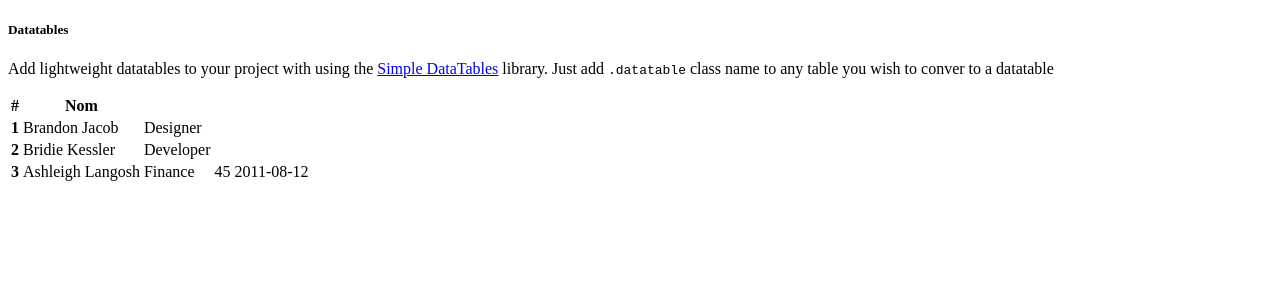
Repository: antsamadagascar/HR-Recruitment
Page: http://localhost/semestre5/application/views/table/annonces_tables.php
The author's editor kept a copy of each file at every save. The page is drawn from the files as they stood at one save, then again after the next save.
The browser window is 1280 px wide. The pictures show the whole page.
The page is run by PHP 8.4 with error messages shown; the project is at /var/www/html/. application/core/MY_Config.php is not in the repository; a stand-in opens the database connection.

Above is the page before, as saved 2024-11-13 16:47:22.

### application/views/table/annonces_tables.php
<!DOCTYPE html>
<html lang="en">

<head>
  <meta charset="utf-8">
  <meta content="width=device-width, initial-scale=1.0" name="viewport">
  <link href="assets/css/style.css" rel="stylesheet">
</head>

<body>
<section class="section">
      <div class="row">
        <div class="col-lg-12">

          <div class="card">
            <div class="card-body">
              <h5 class="card-title">Datatables</h5>
              <p>Add lightweight datatables to your project with using the <a href="https://github.com/fiduswriter/Simple-DataTables" target="_blank">Simple DataTables</a> library. Just add <code>.datatable</code> class name to any table you wish to conver to a datatable</p>

              <!-- Table with stripped rows -->
              <table class="table datatable">
                <thead>
                  <tr>
                    <th scope="col">#</th>
                    <th scope="col">Nom</th>
                    <th scope="col"></th>
                  </tr>
                </thead>
                <tbody>
                  <tr>
                    <th scope="row">1</th>
                    <td>Brandon Jacob</td>
                    <td>Designer</td>
                  </tr>
                  <tr>
                    <th scope="row">2</th>
                    <td>Bridie Kessler</td>
                    <td>Developer</td>
                  </tr>
                  <tr>
                    <th scope="row">3</th>
                    <td>Ashleigh Langosh</td>
                    <td>Finance</td>
                    <td>45</td>
                    <td>2011-08-12</td>
                  </tr>
                </tbody>
              </table>
              <!-- End Table with stripped rows -->

            </div>
          </div>

        </div>
      </div>
    </section>
</body>

</html>

### index.php
<?php
/**
 * CodeIgniter
 *
 * An open source application development framework for PHP
 *
 * This content is released under the MIT License (MIT)
 *
 * Copyright (c) 2014 - 2016, British Columbia Institute of Technology
 *
 * Permission is hereby granted, free of charge, to any person obtaining a copy
 * of this software and associated documentation files (the "Software"), to deal
 * in the Software without restriction, including without limitation the rights
 * to use, copy, modify, merge, publish, distribute, sublicense, and/or sell
 * copies of the Software, and to permit persons to whom the Software is
 * furnished to do so, subject to the following conditions:
 *
 * The above copyright notice and this permission notice shall be included in
 * all copies or substantial portions of the Software.
 *
 * THE SOFTWARE IS PROVIDED "AS IS", WITHOUT WARRANTY OF ANY KIND, EXPRESS OR
 * IMPLIED, INCLUDING BUT NOT LIMITED TO THE WARRANTIES OF MERCHANTABILITY,
 * FITNESS FOR A PARTICULAR PURPOSE AND NONINFRINGEMENT. IN NO EVENT SHALL THE
 * AUTHORS OR COPYRIGHT HOLDERS BE LIABLE FOR ANY CLAIM, DAMAGES OR OTHER
 * LIABILITY, WHETHER IN AN ACTION OF CONTRACT, TORT OR OTHERWISE, ARISING FROM,
 * OUT OF OR IN CONNECTION WITH THE SOFTWARE OR THE USE OR OTHER DEALINGS IN
 * THE SOFTWARE.
 *
 * @package	CodeIgniter
 * @author	EllisLab Dev Team
 * @copyright	Copyright (c) 2008 - 2014, EllisLab, Inc. (https://ellislab.com/)
 * @copyright	Copyright (c) 2014 - 2016, British Columbia Institute of Technology (http://bcit.ca/)
 * @license	http://opensource.org/licenses/MIT	MIT License
 * @link	https://codeigniter.com
 * @since	Version 1.0.0
 * @filesource
 */

/*
 *---------------------------------------------------------------
 * APPLICATION ENVIRONMENT
 *---------------------------------------------------------------
 *
 * You can load different configurations depending on your
 * current environment. Setting the environment also influences
 * things like logging and error reporting.
 *
 * This can be set to anything, but default usage is:
 *
 *     development
 *     testing
 *     production
 *
 * NOTE: If you change these, also change the error_reporting() code below
 */
	define('ENVIRONMENT', isset($_SERVER['CI_ENV']) ? $_SERVER['CI_ENV'] : 'development');

/*
 *---------------------------------------------------------------
 * ERROR REPORTING
 *---------------------------------------------------------------
 *
 * Different environments will require different levels of error reporting.
 * By default development will show errors but testing and live will hide them.
 */
switch (ENVIRONMENT)
{
	case 'development':
		error_reporting(-1);
		ini_set('display_errors', 1);
	break;

	case 'testing':
	case 'production':
		ini_set('display_errors', 0);
		if (version_compare(PHP_VERSION, '5.3', '>='))
		{
			error_reporting(E_ALL & ~E_NOTICE & ~E_DEPRECATED & ~E_STRICT & ~E_USER_NOTICE & ~E_USER_DEPRECATED);
		}
		else
		{
			error_reporting(E_ALL & ~E_NOTICE & ~E_STRICT & ~E_USER_NOTICE);
		}
	break;

	default:
		header('HTTP/1.1 503 Service Unavailable.', TRUE, 503);
		echo 'The application environment is not set correctly.';
		exit(1); // EXIT_ERROR
}

/*
 *---------------------------------------------------------------
 * SYSTEM DIRECTORY NAME
 *---------------------------------------------------------------
 *
 * This variable must contain the name of your "system" directory.
 * Set the path if it is not in the same directory as this file.
 */
	$system_path = 'system';

/*
 *---------------------------------------------------------------
 * APPLICATION DIRECTORY NAME
 *---------------------------------------------------------------
 *
 * If you want this front controller to use a different "application"
 * directory than the default one you can set its name here. The directory
 * can also be renamed or relocated anywhere on your server. If you do,
 * use an absolute (full) server path.
 * For more info please see the user guide:
 *
 * https://codeigniter.com/user_guide/general/managing_apps.html
 *
 * NO TRAILING SLASH!
 */
	$application_folder = 'application';

/*
 *---------------------------------------------------------------
 * VIEW DIRECTORY NAME
 *---------------------------------------------------------------
 *
 * If you want to move the view directory out of the application
 * directory, set the path to it here. The directory can be renamed
 * and relocated anywhere on your server. If blank, it will default
 * to the standard location inside your application directory.
 * If you do move this, use an absolute (full) server path.
 *
 * NO TRAILING SLASH!
 */
	$view_folder = '';


/*
 * --------------------------------------------------------------------
 * DEFAULT CONTROLLER
 * --------------------------------------------------------------------
 *
 * Normally you will set your default controller in the routes.php file.
 * You can, however, force a custom routing by hard-coding a
 * specific controller class/function here. For most applications, you
 * WILL NOT set your routing here, but it's an option for those
 * special instances where you might want to override the standard
 * routing in a specific front controller that shares a common CI installation.
 *
 * IMPORTANT: If you set the routing here, NO OTHER controller will be
 * callable. In essence, this preference limits your application to ONE
 * specific controller. Leave the function name blank if you need
 * to call functions dynamically via the URI.
 *
 * Un-comment the $routing array below to use this feature
 */
	// The directory name, relative to the "controllers" directory.  Leave blank
	// if your controller is not in a sub-directory within the "controllers" one
	// $routing['directory'] = '';

	// The controller class file name.  Example:  mycontroller
	// $routing['controller'] = '';

	// The controller function you wish to be called.
	// $routing['function']	= '';


/*
 * -------------------------------------------------------------------
 *  CUSTOM CONFIG VALUES
 * -------------------------------------------------------------------
 *
 * The $assign_to_config array below will be passed dynamically to the
 * config class when initialized. This allows you to set custom config
 * items or override any default config values found in the config.php file.
 * This can be handy as it permits you to share one application between
 * multiple front controller files, with each file containing different
 * config values.
 *
 * Un-comment the $assign_to_config array below to use this feature
 */
	// $assign_to_config['name_of_config_item'] = 'value of config item';



// --------------------------------------------------------------------
// END OF USER CONFIGURABLE SETTINGS.  DO NOT EDIT BELOW THIS LINE
// --------------------------------------------------------------------

/*
 * ---------------------------------------------------------------
 *  Resolve the system path for increased reliability
 * ---------------------------------------------------------------
 */

	// Set the current directory correctly for CLI requests
	if (defined('STDIN'))
	{
		chdir(dirname(__FILE__));
	}

	if (($_temp = realpath($system_path)) !== FALSE)
	{
		$system_path = $_temp.DIRECTORY_SEPARATOR;
	}
	else
	{
		// Ensure there's a trailing slash
		$system_path = strtr(
			rtrim($system_path, '/\\'),
			'/\\',
			DIRECTORY_SEPARATOR.DIRECTORY_SEPARATOR
		).DIRECTORY_SEPARATOR;
	}

	// Is the system path correct?
	if ( ! is_dir($system_path))
	{
		header('HTTP/1.1 503 Service Unavailable.', TRUE, 503);
		echo 'Your system folder path does not appear to be set correctly. Please open the following file and correct this: '.pathinfo(__FILE__, PATHINFO_BASENAME);
		exit(3); // EXIT_CONFIG
	}

/*
 * -------------------------------------------------------------------
 *  Now that we know the path, set the main path constants
 * -------------------------------------------------------------------
 */
	// The name of THIS file
	define('SELF', pathinfo(__FILE__, PATHINFO_BASENAME));

	// Path to the system directory
	define('BASEPATH', $system_path);

	// Path to the front controller (this file) directory
	define('FCPATH', dirname(__FILE__).DIRECTORY_SEPARATOR);

	// Name of the "system" directory
	define('SYSDIR', basename(BASEPATH));

	// The path to the "application" directory
	if (is_dir($application_folder))
	{
		if (($_temp = realpath($application_folder)) !== FALSE)
		{
			$application_folder = $_temp;
		}
		else
		{
			$application_folder = strtr(
				rtrim($application_folder, '/\\'),
				'/\\',
				DIRECTORY_SEPARATOR.DIRECTORY_SEPARATOR
			);
		}
	}
	elseif (is_dir(BASEPATH.$application_folder.DIRECTORY_SEPARATOR))
	{
		$application_folder = BASEPATH.strtr(
			trim($application_folder, '/\\'),
			'/\\',
			DIRECTORY_SEPARATOR.DIRECTORY_SEPARATOR
		);
	}
	else
	{
		header('HTTP/1.1 503 Service Unavailable.', TRUE, 503);
		echo 'Your application folder path does not appear to be set correctly. Please open the following file and correct this: '.SELF;
		exit(3); // EXIT_CONFIG
	}

	define('APPPATH', $application_folder.DIRECTORY_SEPARATOR);

	// The path to the "views" directory
	if ( ! isset($view_folder[0]) && is_dir(APPPATH.'views'.DIRECTORY_SEPARATOR))
	{
		$view_folder = APPPATH.'views';
	}
	elseif (is_dir($view_folder))
	{
		if (($_temp = realpath($view_folder)) !== FALSE)
		{
			$view_folder = $_temp;
		}
		else
		{
			$view_folder = strtr(
				rtrim($view_folder, '/\\'),
				'/\\',
				DIRECTORY_SEPARATOR.DIRECTORY_SEPARATOR
			);
		}
	}
	elseif (is_dir(APPPATH.$view_folder.DIRECTORY_SEPARATOR))
	{
		$view_folder = APPPATH.strtr(
			trim($view_folder, '/\\'),
			'/\\',
			DIRECTORY_SEPARATOR.DIRECTORY_SEPARATOR
		);
	}
	else
	{
		header('HTTP/1.1 503 Service Unavailable.', TRUE, 503);
		echo 'Your view folder path does not appear to be set correctly. Please open the following file and correct this: '.SELF;
		exit(3); // EXIT_CONFIG
	}

	define('VIEWPATH', $view_folder.DIRECTORY_SEPARATOR);

/*
 * --------------------------------------------------------------------
 * LOAD THE BOOTSTRAP FILE
 * --------------------------------------------------------------------
 *
 * And away we go...
 */
require_once BASEPATH.'core/CodeIgniter.php';

### application/views/errors/html/error_php.php
<?php
defined('BASEPATH') OR exit('No direct script access allowed');
?>

<div style="border:1px solid #990000;padding-left:20px;margin:0 0 10px 0;">

<h4>A PHP Error was encountered</h4>

<p>Severity: <?php echo $severity; ?></p>
<p>Message:  <?php echo $message; ?></p>
<p>Filename: <?php echo $filepath; ?></p>
<p>Line Number: <?php echo $line; ?></p>

<?php if (defined('SHOW_DEBUG_BACKTRACE') && SHOW_DEBUG_BACKTRACE === TRUE): ?>

	<p>Backtrace:</p>
	<?php foreach (debug_backtrace() as $error): ?>

		<?php if (isset($error['file']) && strpos($error['file'], realpath(BASEPATH)) !== 0): ?>

			<p style="margin-left:10px">
			File: <?php echo $error['file'] ?><br />
			Line: <?php echo $error['line'] ?><br />
			Function: <?php echo $error['function'] ?>
			</p>

		<?php endif ?>

	<?php endforeach ?>

<?php endif ?>

</div>

### application/views/errors/html/error_exception.php
<?php
defined('BASEPATH') OR exit('No direct script access allowed');
?>

<div style="border:1px solid #990000;padding-left:20px;margin:0 0 10px 0;">

<h4>An uncaught Exception was encountered</h4>

<p>Type: <?php echo get_class($exception); ?></p>
<p>Message: <?php echo $message; ?></p>
<p>Filename: <?php echo $exception->getFile(); ?></p>
<p>Line Number: <?php echo $exception->getLine(); ?></p>

<?php if (defined('SHOW_DEBUG_BACKTRACE') && SHOW_DEBUG_BACKTRACE === TRUE): ?>

	<p>Backtrace:</p>
	<?php foreach ($exception->getTrace() as $error): ?>

		<?php if (isset($error['file']) && strpos($error['file'], realpath(BASEPATH)) !== 0): ?>

			<p style="margin-left:10px">
			File: <?php echo $error['file']; ?><br />
			Line: <?php echo $error['line']; ?><br />
			Function: <?php echo $error['function']; ?>
			</p>
		<?php endif ?>

	<?php endforeach ?>

<?php endif ?>

</div>

Loaded but not shown: system/core/CodeIgniter.php (common file); application/config/constants.php (common file); system/core/Common.php (common file); system/core/Benchmark.php (common file); system/core/Hooks.php (common file); system/core/Config.php (common file); system/core/Exceptions.php (common file); system/core/Log.php (common file); application/config/config.php (513 lines, source omitted)

After the next save:
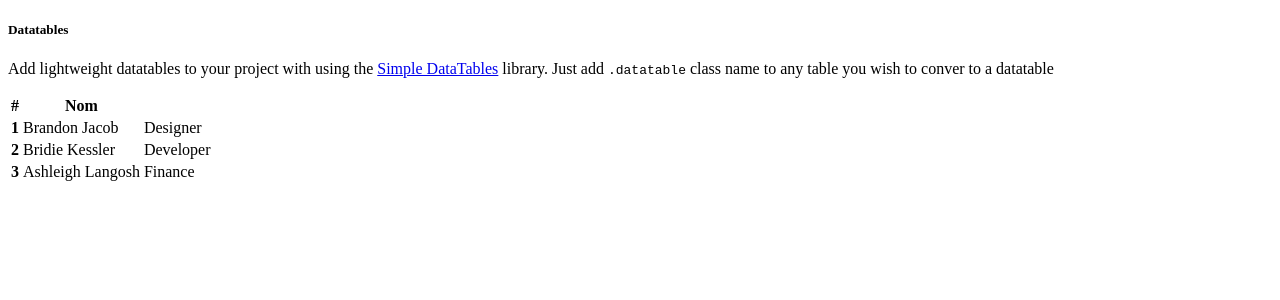
Saved 4 s later.
--- a/application/views/table/annonces_tables.php
+++ b/application/views/table/annonces_tables.php
@@ -41,8 +41,6 @@
                     <th scope="row">3</th>
                     <td>Ashleigh Langosh</td>
                     <td>Finance</td>
-                    <td>45</td>
-                    <td>2011-08-12</td>
                   </tr>
                 </tbody>
               </table>
